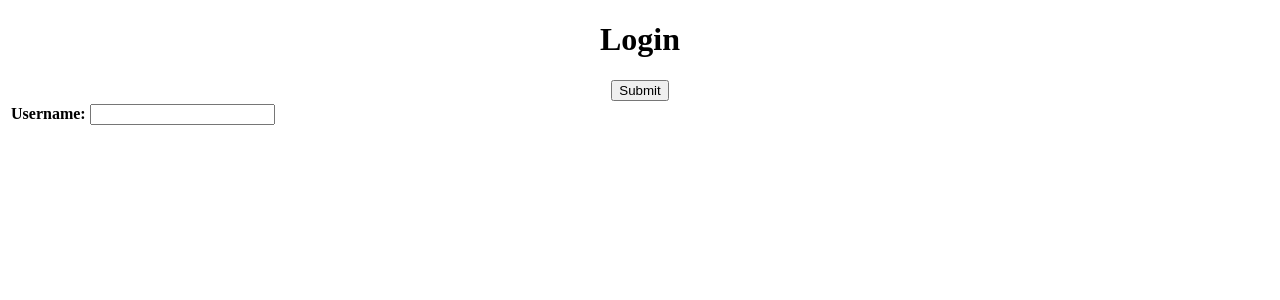
Repository: Sourabhmag/week-5
Page: http://localhost/LoginApp/login.jsp
These files come from the project's save history. The page is drawn as it stood at one moment and after the next save; the edit follows.
The browser window is 1280 px wide. The pictures show the whole page.
The page is served by Tomcat 9.

Above is the page before, as saved 2019-11-06 10:28:18.

After the next save:
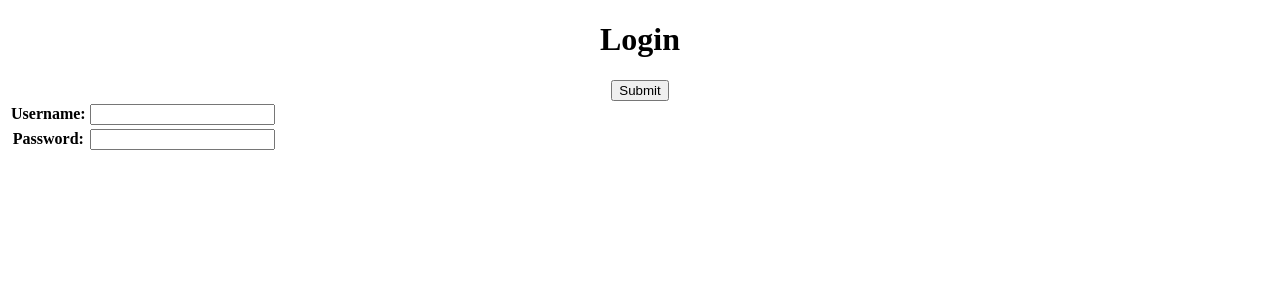
Saved 25 s later.
--- a/LoginApp/WebContent/login.jsp
+++ b/LoginApp/WebContent/login.jsp
@@ -18,6 +18,8 @@
 	<form>
 	<table>
 		<tr><th >Username:</th> <th ><input type="text" name="firstname"></th></tr>
+		<tr><th >Password:</th> <th ><input type="password" name="firstname"></th></tr>
+
 
 
 
